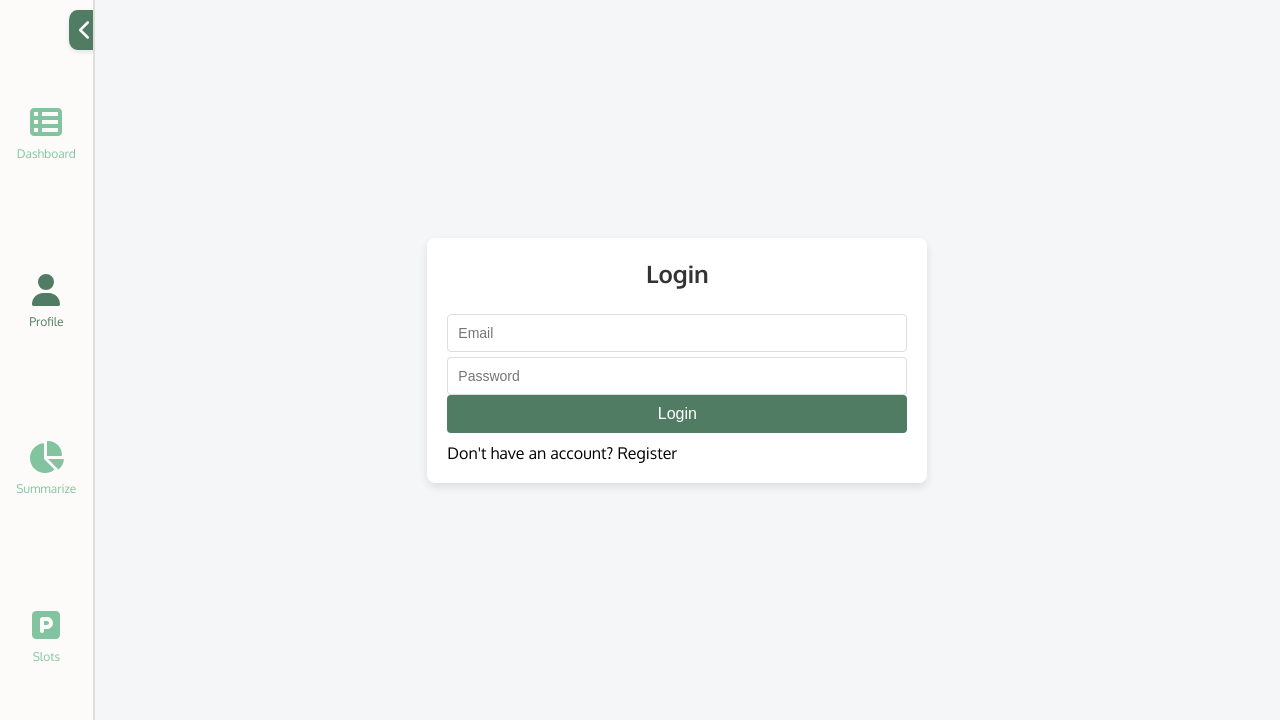
Repository: minhnhat2803/Thesis-Web-Mobile
Page: /slots (app in client/)
The author's editor kept a copy of each file at every save. The page is drawn from the files as they stood at one save, then again after the next save.
The browser window is 1280 px wide. The pictures show the whole page.
The project was rebuilt for these pictures with package versions that can differ from the ones it lists, and the page was loaded fresh each time. Also part of the build but not shown: client/vite.config.js, client/src/styles/Header.module.css, client/src/components/Header.jsx, client/src/styles/pages/Dashboard.module.css, client/src/actions/index.js, client/src/components/Dashboard.jsx, client/src/components/Table.jsx, client/src/styles/pages/Slots.module.css and 3 more.

Above is the page before, as saved 2024-12-21 22:45:56.

### client/index.html
<!DOCTYPE html>
<html lang="en">
  <head>
    <meta charset="UTF-8" />
    <link rel="icon" type="image/svg+xml" href="/vite.svg" />
    <meta name="viewport" content="width=device-width, initial-scale=1.0" />
    <title>iSP - Smart Parking System</title>
  </head>
  <body>
    <div id="root"></div>
    <script type="module" src="./src/main.jsx"></script>
  </body>
</html>

### client/src/main.jsx
import React from "react";
import ReactDOM from "react-dom/client";
import App from "./App";
import "./global.css";

ReactDOM.createRoot(document.getElementById("root")).render(
  <React.StrictMode>
    <App />
  </React.StrictMode>
);

### client/src/App.jsx
import React from "react";
import { BrowserRouter as Router, Routes, Route } from "react-router-dom";
import TabBar from "./components/TabBar";
import styles from "./styles/Container.module.css";
import classNames from "classnames/bind";
import Header from "./components/Header";
import Content from "./components/Dashboard";
import Table from "./components/Table";
import Slots from "./pages/Slots";
import Profile from "./pages/Profile";
import Summarize from "./pages/Summarize";
import ProtectedRoute from "../src/config/ProtectedRoute"; // Import ProtectedRoute
import { AuthProvider } from "../src/config/AuthContext"; // Import AuthProvider
import { ToastContainer } from "react-toastify";
import "react-toastify/dist/ReactToastify.css";

const cx = classNames.bind(styles);

function App() {
  return (
    <AuthProvider>
      <Router>
        <div className={cx("container")}>
          <ToastContainer />
          <div className={cx("dashboard-container")}>
            <TabBar />
            <div className={cx("main-content")}>
              <Routes>
                <Route path="/profile" element={<Profile />} />
                <Route
                  path="/dashboard"
                  element={
                    <ProtectedRoute>
                      <>
                        <Header />
                        <Content />
                        <Table />
                      </>
                    </ProtectedRoute>
                  }
                />
                <Route
                  path="/slots"
                  element={
                    <ProtectedRoute>
                      <Slots />
                    </ProtectedRoute>
                  }
                />
                <Route
                  path="/summarize"
                  element={
                    <ProtectedRoute>
                      <Summarize />
                    </ProtectedRoute>
                  }
                />
              </Routes>
            </div>
          </div>
        </div>
      </Router>
    </AuthProvider>
  );
}

export default App;

### client/src/global.css
@import url("https://fonts.googleapis.com/css2?family=Oxygen:wght@300;400;700&display=swap");

* {
  margin: 0;
  padding: 0;
  box-sizing: border-box;
  overflow-y: hidden;
}

body {
  background-color: #f4f6f8;
  font-family: "Oxygen", sans-serif;
  min-width: 100vh;
}

@media screen and (min-width: 740px) and (max-width: 1024px) {
  body {
    background-color: #cae8d9;
    font-family: "Oxygen", sans-serif;
    min-width: 740px;
  }
}

@media (max-width: 739px) {
  body {
    background-color: #cae8d9;
    font-family: "Oxygen", sans-serif;
    min-width: 740px;
  }
}

### client/src/components/TabBar.jsx
import React, { useEffect, useState } from "react";
import { useNavigate, useLocation } from "react-router-dom";
import classNames from "classnames/bind";
import styles from "../styles/TabBar.module.css";
import { FontAwesomeIcon } from "@fortawesome/react-fontawesome";
import {
  faTableList,
  faUser,
  faParking,
  faChartPie,
  faChevronLeft,
  faChevronRight,
} from "@fortawesome/free-solid-svg-icons";

const cx = classNames.bind(styles);

const tabs = [
  {
    index: 0,
    title: "Dashboard",
    icon: faTableList,
    path: "/dashboard",
  },
  {
    index: 1,
    title: "Profile",
    icon: faUser,
    path: "/profile",
  },
  {
    index: 2,
    title: "Summarize",
    icon: faChartPie,
    path: "/summarize",
  },
  {
    index: 3,
    title: "Slots",
    icon: faParking,
    path: "/slots",
  },
];

function TabBar() {
  const [click, setClick] = useState(0);
  const [isCollapsed, setIsCollapsed] = useState(false);
  const navigate = useNavigate();
  const location = useLocation();

  useEffect(() => {
    const currentTab = tabs.findIndex((tab) => tab.path === location.pathname);
    if (currentTab !== -1) {
      setClick(currentTab);
    }
  }, [location.pathname]);

  const handleTabClick = (index, path) => {
    setClick(index);
    navigate(path);
  };

  const toggleTabBar = () => {
    setIsCollapsed(!isCollapsed);
  };

  return (
    <div className={cx("tabBar-container", { collapsed: isCollapsed })}>
      <div className={cx("toggle-container")} onClick={toggleTabBar}>
        <FontAwesomeIcon
          icon={isCollapsed ? faChevronRight : faChevronLeft}
          size="lg"
        />
      </div>

      <div className={cx("tabs")}>
        {tabs.map((tab, index) => (
          <div
            key={index}
            onClick={() => handleTabClick(index, tab.path)}
            className={cx("tabCell-container")}
            style={
              click === index
                ? { color: "#517c64", height: `calc(100% / ${tabs.length})` }
                : { color: "#82c4a0", height: `calc(100% / ${tabs.length})` }
            }
          >
            <FontAwesomeIcon size="2x" icon={tab.icon} />
            {!isCollapsed && <p className={cx("tabCell-title")}>{tab.title}</p>}
          </div>
        ))}
      </div>
    </div>
  );
}

export default TabBar;

### client/src/styles/Container.module.css
.dashboard-container {
    width: 100%;
    height: 100vh;
    background-color: #f4f6f8;
    /* border-radius: 16px; */
    /* overflow: hidden; */
    display: flex;
    /* box-shadow: 5px 16px 10px rgba(0, 0, 0, 0.1); */
}

.main-content {
    width: 100%;
    margin-left: 80px;
    margin-right: 100px;
}

@media screen and (min-width: 740px) and (max-width: 1024px) {
    .dashboard-container {
        width: 100vw;
        height: auto;
        background-color: #f4f6f8;
        overflow: hidden;
        display: flex;
        box-shadow: 5px 16px 10px rgba(0, 0, 0, 0.1);
    }

    .main-content {
        width: 100vw;
        margin-left: 0px;
        margin-right: 0px;
    }
}

@media (max-width: 739px) {
    .dashboard-container {
        width: 100vw;
        height: auto;
        background-color: #f4f6f8;
        /* border-radius: 16px; */
        overflow: hidden;
        display: flex;
        flex-direction: column;
        box-shadow: 5px 16px 10px rgba(0, 0, 0, 0.1);
    }
    .main-content {
        width: 100vw;
        margin-left: 0px;
        margin-right: 0px;
    }
}

### client/src/pages/Profile.jsx
import React, { useState, useEffect } from "react";
import styles from "../styles/pages/Profile.module.css";
import { auth } from "../config/firebase";
import { createUserWithEmailAndPassword, signInWithEmailAndPassword } from "firebase/auth";
import { useAuth } from "../config/AuthContext"; // Import AuthContext để quản lý đăng nhập

function Profile() {
  const { login, logout } = useAuth(); // Lấy các hàm login và logout từ AuthContext
  const [isLogin, setIsLogin] = useState(true);
  const [userInfo, setUserInfo] = useState(null);
  const [showPassword, setShowPassword] = useState(false);
  const [selectedImage, setSelectedImage] = useState(null);

  useEffect(() => {
    const storedUserInfo = localStorage.getItem("userInfo");
    if (storedUserInfo) {
      setUserInfo(JSON.parse(storedUserInfo));
    }
  }, []);

  useEffect(() => {
    if (userInfo) {
      localStorage.setItem("userInfo", JSON.stringify(userInfo));
    }
  }, [userInfo]);

  const handleLoginSubmit = async (e) => {
    e.preventDefault();
    const email = e.target.elements[0].value;
    const password = e.target.elements[1].value;

    try {
      const userCredential = await signInWithEmailAndPassword(auth, email, password);
      const currentDateTime = new Date().toLocaleString();
      const loggedInUserInfo = {
        email: userCredential.user.email,
        lastLogin: currentDateTime,
      };

      login(loggedInUserInfo); // Cập nhật trạng thái đăng nhập trong AuthContext
      setUserInfo(loggedInUserInfo);
    } catch (error) {
      alert("Login failed: " + error.message);
    }
  };

  const handleRegisterSubmit = async (e) => {
    e.preventDefault();
    const email = e.target.elements[0].value;
    const password = e.target.elements[1].value;
    const confirmPassword = e.target.elements[2].value;

    if (password !== confirmPassword) {
      alert("Passwords do not match!");
      return;
    }

    try {
      const userCredential = await createUserWithEmailAndPassword(auth, email, password);
      const registeredUserInfo = {
        email: userCredential.user.email,
        lastLogin: new Date().toLocaleString(),
        profilePicture: selectedImage,
      };

      login(registeredUserInfo); // Cập nhật trạng thái đăng nhập trong AuthContext
      setUserInfo(registeredUserInfo);
      setIsLogin(true);
    } catch (error) {
      alert("Registration failed: " + error.message);
    }
  };

  const handleImageChange = (e) => {
    setSelectedImage(e.target.files[0]);
  };

  const handleLogout = () => {
    setUserInfo(null);
    logout(); // Xóa trạng thái đăng nhập từ AuthContext
    localStorage.removeItem("userInfo");
  };

  return (
    <div className={styles.profileContainer}>
      <div className={styles.formContainer}>
        {userInfo ? (
          <div className={styles.profileDetails}>
            <h2>Profile Information</h2>
            {userInfo.profilePicture && (
              <img src={URL.createObjectURL(userInfo.profilePicture)} alt="Profile" width="100" />
            )}
            <p>Email: {userInfo.email}</p>
            <p>Last Login: {userInfo.lastLogin}</p>
            <p>
              Password: <span>{showPassword ? userInfo.password : "******"}</span>
              <button onClick={() => setShowPassword(!showPassword)}>Show/Hide</button>
            </p>
            <button onClick={handleLogout}>Logout</button>
          </div>
        ) : (
          <form onSubmit={isLogin ? handleLoginSubmit : handleRegisterSubmit}>
            <h2>{isLogin ? "Login" : "Register"}</h2>
            <input type="email" placeholder="Email" required />
            <input type="password" placeholder="Password" required />
            {!isLogin && <input type="password" placeholder="Confirm Password" required />}
            {!isLogin && (
              <input type="file" accept="image/*" onChange={handleImageChange} />
            )}
            <button type="submit">{isLogin ? "Login" : "Register"}</button>
            <p>
              {isLogin ? "Don't have an account?" : "Already have an account?"}{" "}
              <span onClick={() => setIsLogin(!isLogin)}>
                {isLogin ? "Register" : "Login"}
              </span>
            </p>
          </form>
        )}
      </div>
    </div>
  );
}

export default Profile;

### client/src/config/ProtectedRoute.jsx
// ProtectedRoute.js
import React from "react";
import { Navigate } from "react-router-dom";
import { useAuth } from "./AuthContext";

function ProtectedRoute({ children }) {
  const { user } = useAuth();

  return user ? children : <Navigate to="/profile" />;
}

export default ProtectedRoute;

### client/src/config/AuthContext.js
// AuthContext.js
import React, { createContext, useContext, useState, useEffect } from "react";

const AuthContext = createContext();

export function AuthProvider({ children }) {
  const [user, setUser] = useState(null);

  useEffect(() => {
    const storedUser = localStorage.getItem("userInfo");
    if (storedUser) {
      setUser(JSON.parse(storedUser));
    }
  }, []);

  const login = (userInfo) => {
    setUser(userInfo);
    localStorage.setItem("userInfo", JSON.stringify(userInfo));
  };

  const logout = () => {
    setUser(null);
    localStorage.removeItem("userInfo");
  };

  return (
    <AuthContext.Provider value={{ user, login, logout }}>
      {children}
    </AuthContext.Provider>
  );
}

export function useAuth() {
  return useContext(AuthContext);
}

### client/src/styles/TabBar.module.css
.tabBar-container {
  width: 120px;
  background-color: #fdfbf9;
  border-right: 2px solid #aaa0a057;
  display: flex;
  flex-direction: column;
  justify-content: space-between;
  transition: width 0.3s;
  position: relative;
}

.tabBar-container.collapsed {
  width: 50px;
}

.toggle-container {
  position: absolute;
  top: 10px;
  right: -9px; /* Điều chỉnh lại khoảng cách để nút toggle nằm ngoài tab bar */
  cursor: pointer;
  z-index: 10;
  background-color: #517c64; /* Đặt nền nút toggle thành màu đen */
  color: #fff; /* Đặt màu icon thành trắng */
  padding: 10px;
  border-radius: 25%;
  box-shadow: 0 2px 5px rgba(0, 0, 0, 0.1); /* Thêm bóng để dễ nhận diện */
}

.tabs {
  width: 100%;
  height: 100%;
  display: flex;
  flex-direction: column;
  justify-content: space-around;
  padding-top: 50px; /* Đảm bảo không bị che khuất bởi nút toggle */
}

.tabCell-container {
  width: 100%;
  display: flex;
  flex-direction: column;
  justify-content: center;
  align-items: center;
  cursor: pointer;
  padding: 10px 0;
}

.tabCell-title {
  margin-top: 8px;
  font-size: 12px;
}

@media (max-width: 739px) {
  .tabBar-container {
    width: 100vw;
    height: 10vh;
    display: flex;
    border-bottom: 3px solid #0000001a;
    align-items: center;
  }
  .tabs {
    width: 100%;
    height: 80%;
    display: flex;
  }
  .tabCell-container {
    display: none;
  }
}

### client/src/styles/Table.module.css
::-webkit-scrollbar {
  display: none;
}

.table-container {
  overflow-y: scroll;
  max-height: 41vh;
  border: 2px solid rgba(0, 0, 0, 0.125);
  border-bottom: none;
  border-top-right-radius: 12px;
  border-top-left-radius: 12px;
}

table {
  border-collapse: collapse;
  width: 100%;
  margin: 0 auto;
}

.interact-row {
  width: 100%;
  display: flex;
  justify-content: space-between;
  align-items: center;
  padding: 0px 16px;
  margin-top: 12px;
}

.select-type {
  width: 25%;
  height: 32px;
  border-radius: 8px;
  border: 1px solid rgba(0, 0, 0, 0.327);
  color: #616161;
}

.export-btn {
  width: 15%;
  height: 32px;
  font-size: 18px;
  background-color: #517c64;
  border: none;
  border-radius: 8px;
  font-weight: bold;
  color: white;
}

.export-btn:hover {
  background-color: #294335;
  color: white;
}

.refresh-btn {
  width: fit-content;
  padding: 8px;
  display: flex;
  justify-content: center;
  align-items: center;
  height: 32px;
  font-size: 18px;
  background-color: #517c64;
  border: none;
  border-radius: 50%;
  font-weight: bold;
  color: white;
}

.refresh-btn:hover {
  opacity: 0.8;
}

thead {
  position: sticky;
  top: 0;
  z-index: 1;
  background-color: whitesmoke;
}

td,
th {
  text-align: center;
}

.header {
  width: calc(100% / 7);
  font-weight: bold;
}

td {
  padding-top: 24px;
  padding-bottom: 12px;
}

@media screen and (min-width: 740px) and (max-width: 1024px) {
  ::-webkit-scrollbar {
    display: none;
  }
  .table-container {
    overflow: scroll;
    width: 80vw;
    border-bottom: none;
    margin: auto;
  }
}

@media (max-width: 739px) {
  ::-webkit-scrollbar {
    display: none;
  }
  .table-container {
    overflow: scroll;
    width: 100vw;
    border-bottom: none;
    margin: auto;
  }
}

.export-btn {
  width: 15%;
  height: 32px;
  font-size: 14px;
  background-color: #517c64;
  border: none;
  border-radius: 8px;
  font-weight: bold;
  color: white;
}

### client/src/config/firebase.js
// Import the functions you need from the SDKs you need
import { initializeApp } from "firebase/app";
import { getAuth } from "firebase/auth";
import { getFirestore } from "firebase/firestore";
// TODO: Add SDKs for Firebase products that you want to use
// https://firebase.google.com/docs/web/setup#available-libraries

// Your web app's Firebase configuration
// For Firebase JS SDK v7.20.0 and later, measurementId is optional
const firebaseConfig = { //Firebase của Nhật
    apiKey: "AIzaSyBL6smHyIPLYk8AsCLDpU_Xcr4zFFii8rM",
    authDomain: "iot-smart-parking-72f94.firebaseapp.com",
    projectId: "iot-smart-parking-72f94",
    storageBucket: "iot-smart-parking-72f94.appspot.com",
    messagingSenderId: "144827756125",
    appId: "1:144827756125:web:6a4ce29fb31f48d54ae7b4",
    measurementId: "G-6L53JE2ZJF",
};
// const firebaseConfig = {
//     //Firebase của Tín
//     apiKey: "AIzaSyCu7e0PT6FZu02VN8MntyMf4wkEagug7No",
//     authDomain: "thesis-f3e40.firebaseapp.com",
//     // databaseURL:
//     //     "https://thesis-f3e40-default-rtdb.asia-southeast1.firebasedatabase.app",
//     projectId: "thesis-f3e40",
//     storageBucket: "thesis-f3e40.firebasestorage.app",
//     messagingSenderId: "804795711136",
//     appId: "1:804795711136:web:ee2c5ba7bb1a52d6ed93c5",
//     measurementId: "G-K9WRRGM3FR",
// };

// Initialize Firebase
const app = initializeApp(firebaseConfig);
export const auth = getAuth(app);
export const db = getFirestore(app);

### client/src/styles/pages/Profile.module.css
.profileContainer {
    display: flex;
    justify-content: center;
    align-items: center;
    height: 100vh;
    background-color: #f4f6f8;
    padding: 50px; /* Giảm padding để tiết kiệm không gian hơn */
  }

  .formContainer {
    background-color: #ffffff;
    border-radius: 8px;
    box-shadow: 0px 4px 8px rgba(0, 0, 0, 0.1);
    padding: 20px;
    width: 100%;
    height: auto; /* Thay đổi height để tự động điều chỉnh theo nội dung */
    max-width: 500px; /* Giới hạn chiều rộng tối đa */
  }

  h2 {
    margin-bottom: 20px;
    font-size: 24px;
    text-align: center;
    color: #333;
  }

  form {
    display: flex;
    flex-direction: column;
  }

  label {
    margin-bottom: 15px;
    font-weight: bold;
    color: #517c64;
  }

  input[type="email"],
  input[type="password"],
  input[type="text"],
  input[type="file"] {
    width: 100%;
    padding: 10px;
    margin-top: 5px;
    border: 1px solid #ddd;
    border-radius: 4px;
    font-size: 14px;
  }

  input[type="file"] {
    padding: 5px;
  }

  button {
    padding: 10px;
    border: none;
    border-radius: 4px;
    background-color: #517c64;
    color: white;
    font-size: 16px;
    cursor: pointer;
    margin-bottom: 10px;
  }

  button:hover {
    background-color: #3e6b53;
  }

  .profileDetails {
    text-align: center;
  }

  .profileDetails button {
    width: 100%;
    margin-top: 20px;
  }

  .profileDetails img {
    border-radius: 50%;
    width: 100px;
    height: 100px;
    object-fit: cover;
    margin-bottom: 15px;
    box-shadow: 0px 4px 8px rgba(0, 0, 0, 0.1);
  }

  .profileDetails p {
    font-size: 16px;
    margin-bottom: 10px;
    color: #333;
  }

  .profileDetails ul {
    list-style-type: none;
    padding: 0;
  }

  .profileDetails ul li {
    font-size: 14px;
    margin-bottom: 5px;
    color: #666;
  }

  .profileDetails span {
    color: #517c64;
    cursor: pointer;
    font-weight: bold;
  }

  .profileDetails span:hover {
    text-decoration: underline;
  }

  /* Hiển thị ảnh xem trước */
  img {
    margin-top: 10px;
    max-width: 100px;
    border-radius: 4px;
    box-shadow: 0px 2px 4px rgba(0, 0, 0, 0.1);
  }

  /* Định dạng cho dòng chữ bên dưới nút */
  .loginForm p,
.registerForm p {
  text-align: center; /* Căn giữa văn bản */
  margin-top: 10px; /* Khoảng cách phía trên */
}

.loginForm span,
.registerForm span {
  color: #517c64; /* Màu xanh lá */
  font-weight: bold; /* In đậm chữ */
  cursor: pointer; /* Con trỏ khi hover */
}

.loginForm span:hover,
.registerForm span:hover {
  text-decoration: underline; /* Gạch chân khi hover */
}

  /* Media Queries */
  @media (max-width: 1024px) {
    .formContainer {
      padding: 15px;
    }

    h2 {
      font-size: 22px;
    }

    button {
      font-size: 14px;
    }

    input[type="file"] {
      padding: 5px;
    }
  }

  @media (max-width: 768px) {
    .formContainer {
      width: 100%;
      max-width: 300px;
      padding: 10px;
    }

    h2 {
      font-size: 20px;
    }

    input {
      padding: 8px;
    }

    button {
      font-size: 14px;
      padding: 8px;
    }

    p {
      font-size: 14px;
    }

    img {
      max-width: 80px;
    }
  }

  @media (max-width: 480px) {
    .formContainer {
      width: 100%;
      padding: 10px;
    }

    h2 {
      font-size: 18px;
    }

    input {
      padding: 6px;
    }

    button {
      font-size: 12px;
      padding: 6px;
    }

    p {
      font-size: 12px;
    }

    img {
      max-width: 70px;
    }

    span {
      font-size: 12px;
    }
  }

After the next save:
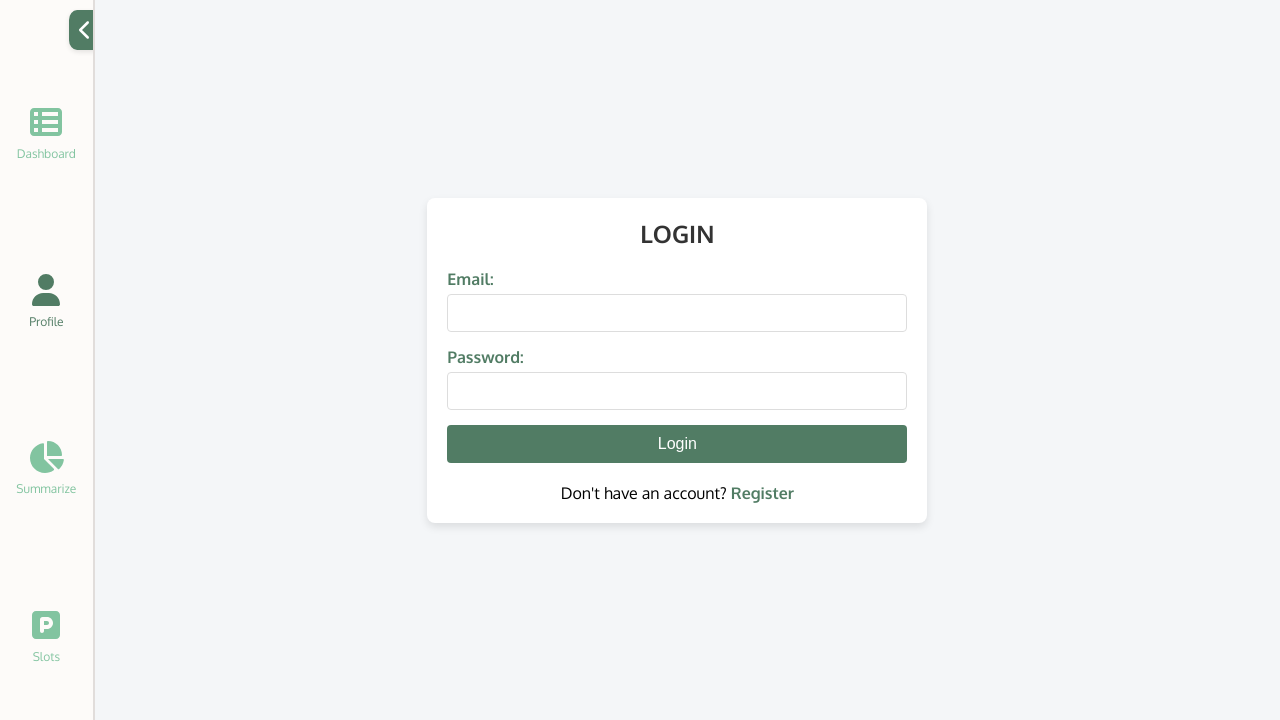
Saved 3 s later.
--- a/client/src/pages/Profile.jsx
+++ b/client/src/pages/Profile.jsx
@@ -94,27 +94,46 @@ function Profile() {
             <p>Last Login: {userInfo.lastLogin}</p>
             <p>
               Password: <span>{showPassword ? userInfo.password : "******"}</span>
-              <button onClick={() => setShowPassword(!showPassword)}>Show/Hide</button>
+              <button onClick={() => setShowPassword(!showPassword)}>
+                {showPassword ? "Hide" : "Show"}
+              </button>
             </p>
             <button onClick={handleLogout}>Logout</button>
           </div>
+        ) : isLogin ? (
+          <div className={styles.loginForm}>
+            <h2>LOGIN</h2>
+            <form onSubmit={handleLoginSubmit}>
+              <label>Email: <input type="email" required /></label>
+              <label>Password: <input type="password" required /></label>
+              <button type="submit">Login</button>
+            </form>
+            <p className={styles.toggleForm}>
+              Don't have an account?{" "}
+              <span onClick={() => setIsLogin(false)} className={styles.registerLink}>Register</span>
+            </p>
+          </div>
         ) : (
-          <form onSubmit={isLogin ? handleLoginSubmit : handleRegisterSubmit}>
-            <h2>{isLogin ? "Login" : "Register"}</h2>
-            <input type="email" placeholder="Email" required />
-            <input type="password" placeholder="Password" required />
-            {!isLogin && <input type="password" placeholder="Confirm Password" required />}
-            {!isLogin && (
-              <input type="file" accept="image/*" onChange={handleImageChange} />
-            )}
-            <button type="submit">{isLogin ? "Login" : "Register"}</button>
-            <p>
-              {isLogin ? "Don't have an account?" : "Already have an account?"}{" "}
-              <span onClick={() => setIsLogin(!isLogin)}>
-                {isLogin ? "Register" : "Login"}
-              </span>
+          <div className={styles.registerForm}>
+            <h2>REGISTER</h2>
+            <form onSubmit={handleRegisterSubmit}>
+              <label>Email: <input type="email" required /></label>
+              <label>Password: <input type="password" required /></label>
+              <label>Confirm Password: <input type="password" required /></label>
+              <label>Profile Picture: <input type="file" accept="image/*" onChange={handleImageChange} /></label>
+              {selectedImage && (
+                <div>
+                  <p>Selected image: {selectedImage.name}</p>
+                  <img src={URL.createObjectURL(selectedImage)} alt="Selected" width="100" />
+                </div>
+              )}
+              <button type="submit">Register</button>
+            </form>
+            <p className={styles.toggleForm}>
+              Already have an account?{" "}
+              <span onClick={() => setIsLogin(true)} className={styles.loginLink}>Login</span>
             </p>
-          </form>
+          </div>
         )}
       </div>
     </div>
